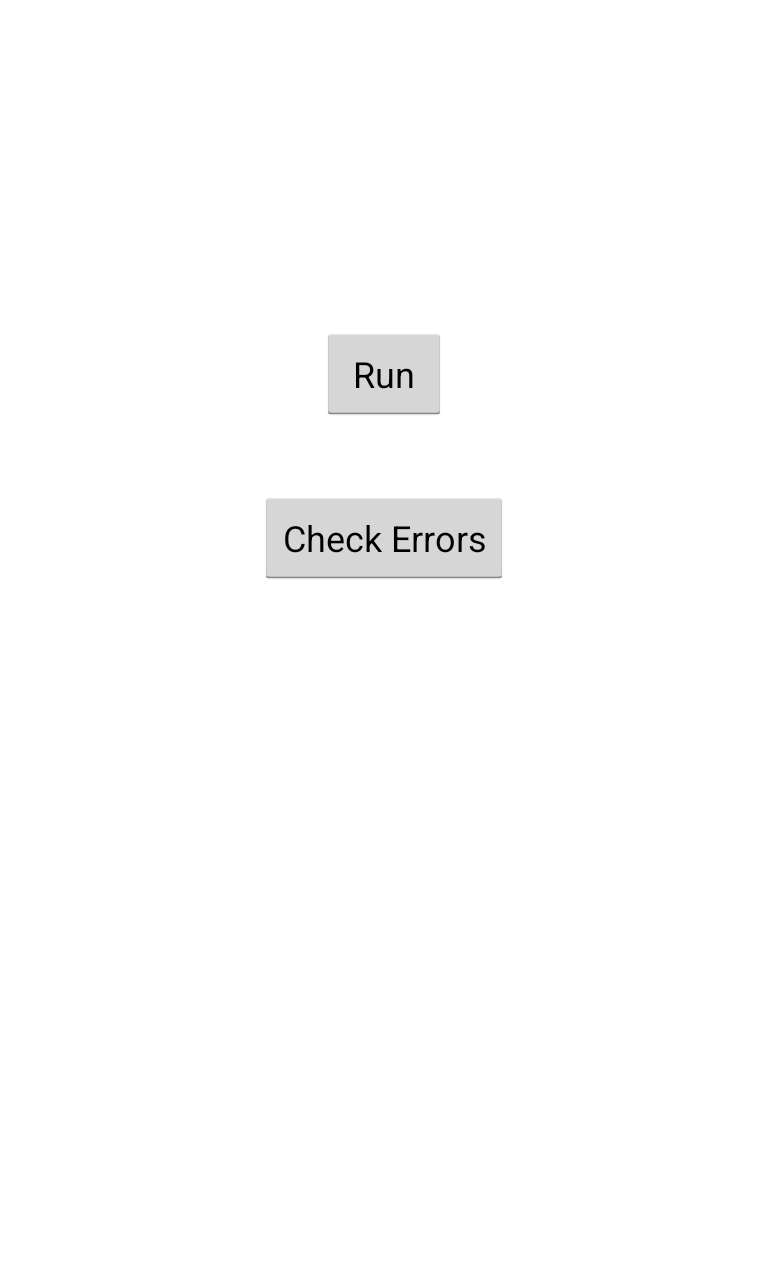
Repository: raul09/Overdrive
Layout: workspace/AutoPerformanceAnalyzer/res/layout/activity_display_mode.xml
The author's editor kept a copy of each file at every save. The layout is drawn from the files as they stood at one save, then again after the next save.
It is drawn on a 768 x 1280 px phone screen (xhdpi) without system bars, with theme AppTheme; the app's code is not run.

Above is the layout before, as saved 2013-10-01 15:30:15.

After the next save:
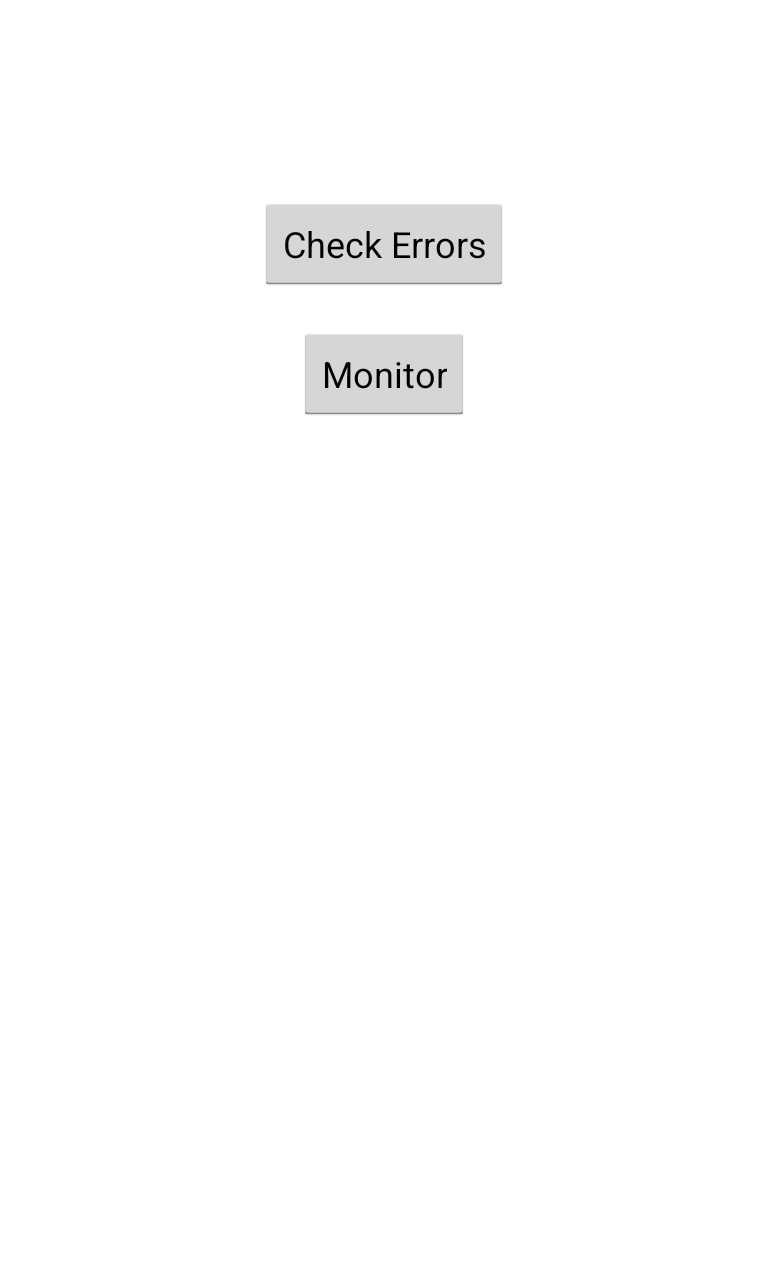
Saved 6 h 18 min later.
--- a/workspace/AutoPerformanceAnalyzer/res/layout/activity_display_mode.xml
+++ b/workspace/AutoPerformanceAnalyzer/res/layout/activity_display_mode.xml
@@ -18,13 +18,13 @@
         android:text="@string/CheckErrors" />
 
     <Button
-        android:id="@+id/Run"
+        android:id="@+id/Monitor"
         android:layout_width="wrap_content"
         android:layout_height="wrap_content"
         android:layout_alignParentTop="true"
         android:layout_centerHorizontal="true"
         android:layout_marginTop="147dp"
-        android:text="@string/Run"
+        android:text="@string/Monitor"
         android:onClick="sendRun"/>
 
 </RelativeLayout>
--- a/workspace/AutoPerformanceAnalyzer/res/values/strings.xml
+++ b/workspace/AutoPerformanceAnalyzer/res/values/strings.xml
@@ -6,7 +6,7 @@
     <string name="hello_world">Hello world!</string>
     <string name="History">History</string>
     <string name="Next">Next</string>
-    <string name="Run">Run</string>
+    <string name="Monitor">Monitor</string>
     <string name="CheckErrors">Check Errors</string>
     <string name="rpms">RPMS</string>
     <string name="mph">MPH</string>
